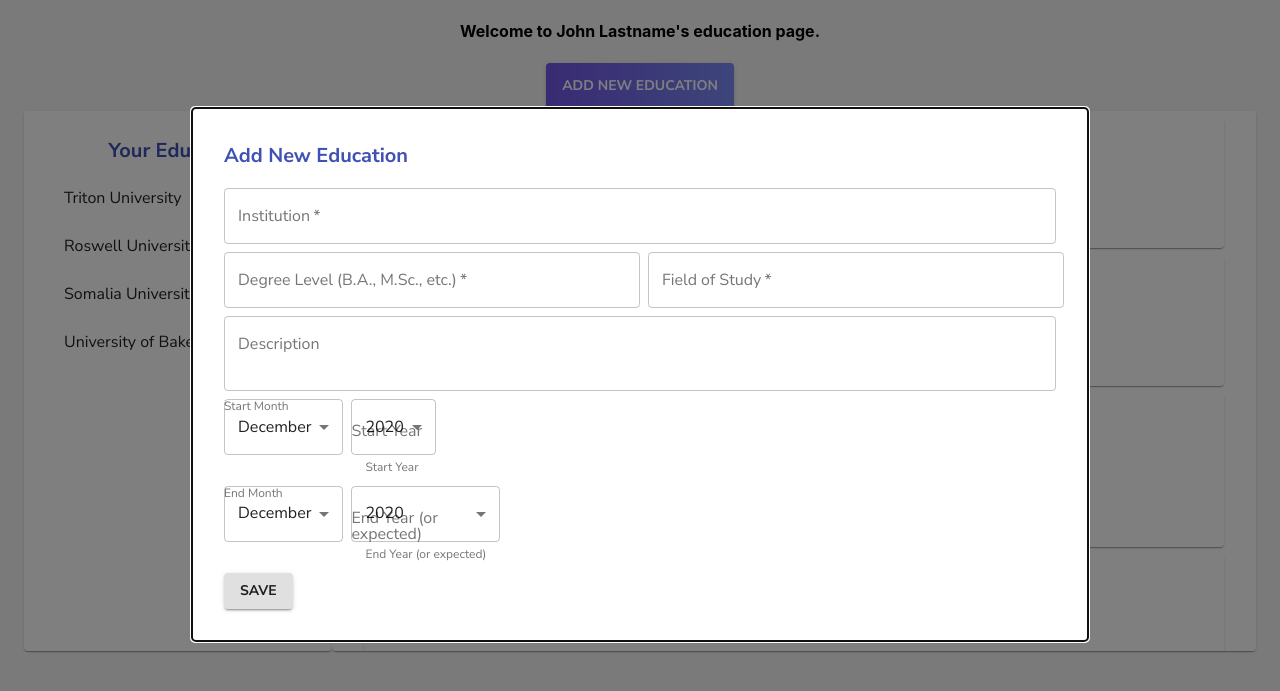
Repository: noellered/Showwcase-React-Challenge
Page: / (app in showwcase-education-react/), after clicking the first element matching `button.MuiButtonBase-root`
An editor plug-in stored every save of this project. The page is shown before and after the next save, followed by the edit.
The browser window is 1280 px wide. The pictures show the whole page.
The page's requests for data from a server got no answer. An inner scrolling area shows only its first screen. The project was rebuilt for these pictures with package versions that can differ from the ones it lists, and the page was loaded fresh each time. No one was signed in, and anything a server would have sent is missing. Also part of the build but not shown: showwcase-education-react/src/components/Home.tsx.

Above is the page before, as saved 2020-12-17 17:24:55.

After the next save:
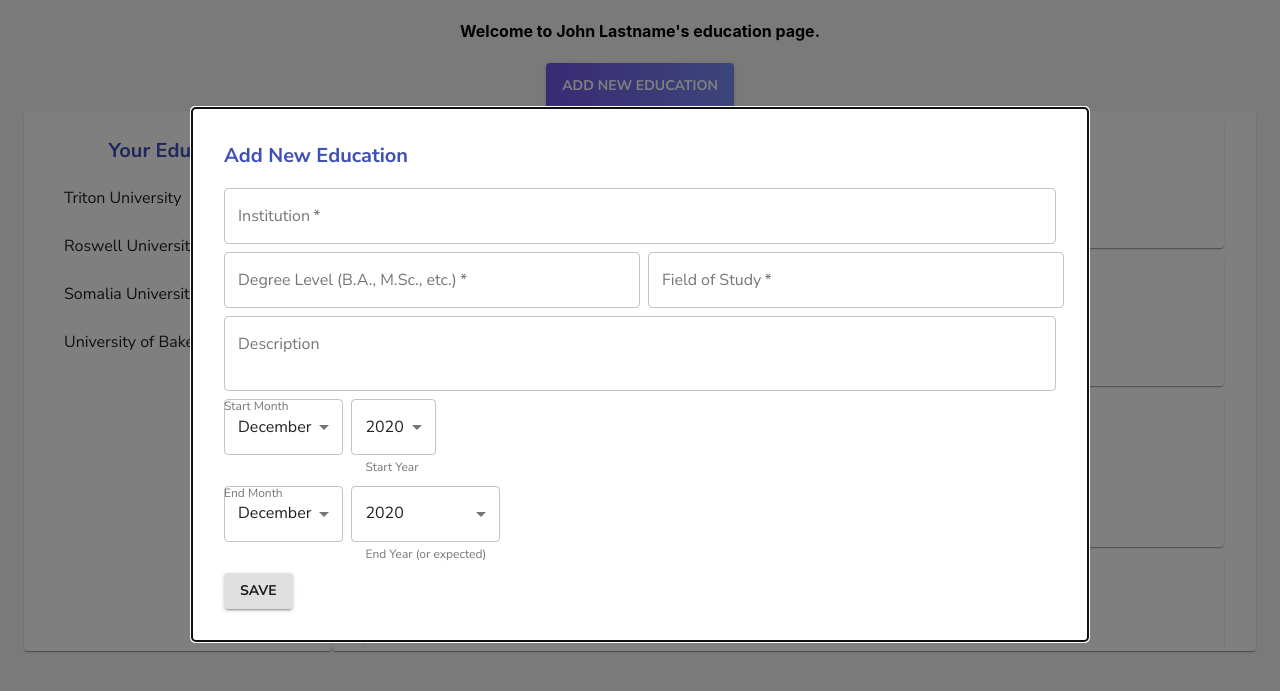
Saved 54 s later.
--- a/showwcase-education-react/src/components/pickers/YearPicker.tsx
+++ b/showwcase-education-react/src/components/pickers/YearPicker.tsx
@@ -30,7 +30,6 @@ const YearPicker:FunctionComponent<YearPickerProps> = React.memo(({ label, id, c
     return (
         <div>
             <FormControl>
-                <InputLabel>{label}</InputLabel>
                 <TextField select  helperText={label} id={id} value={year} onChange={handleChange} className={className} variant="outlined" required>
                 { years.map((year) => <MenuItem value={year}>{year}</MenuItem>)}
                 </TextField>
